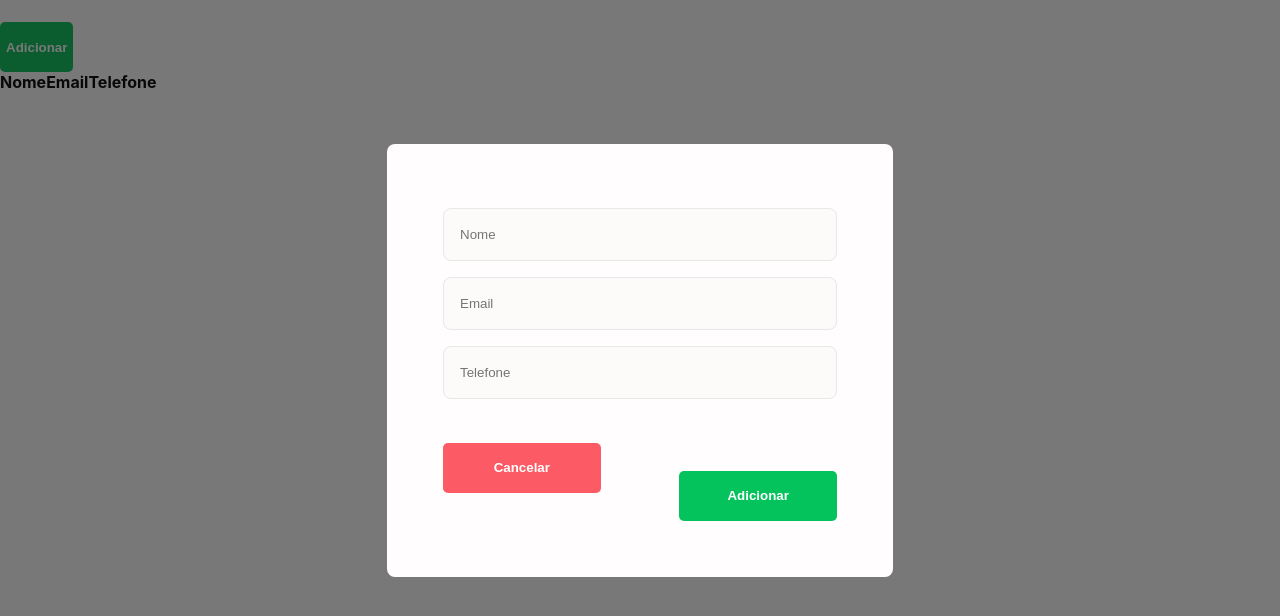
Repository: Henry-Loiola/agenda-contatos
Page: /, after clicking the first element matching `button.btn`
These files come from the project's save history. The page is drawn as it stood at one moment and after a run of saves; the edit follows.
The browser window is 1280 px wide. The pictures show the whole page.
The project was rebuilt for these pictures with package versions that can differ from the ones it lists, and the page was loaded fresh each time.

Above is the page before, as saved 2024-08-19 20:08:47.

After the next 6 saves:
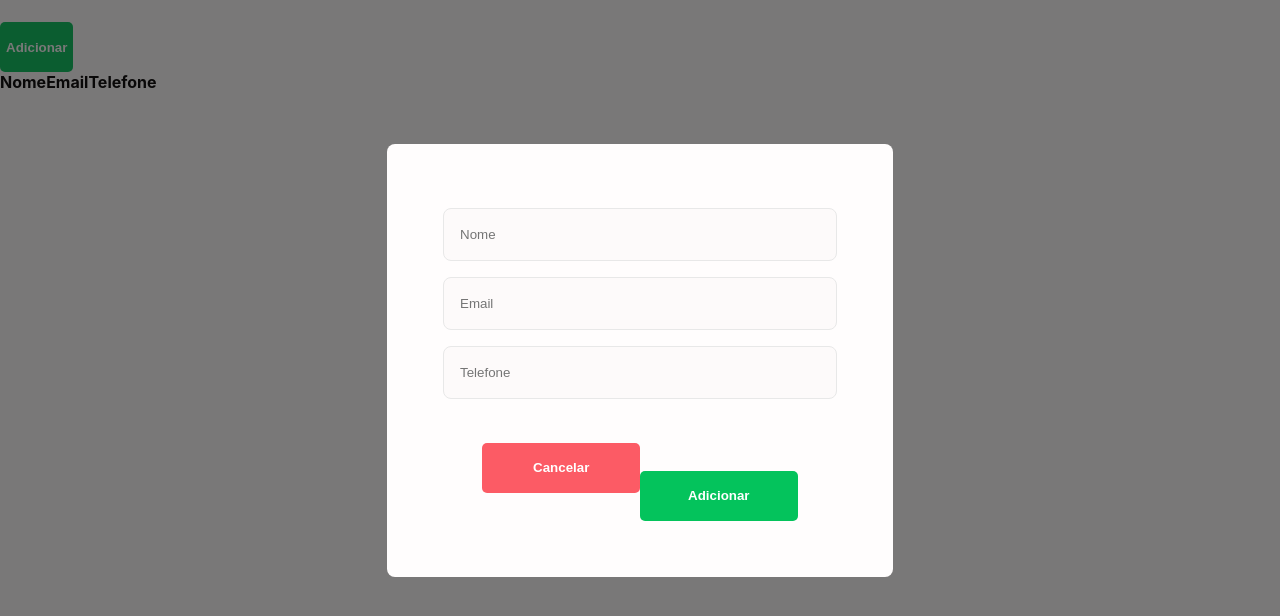
The 6 saves are shown as one change because they came seconds apart.
The last was saved 17 s later.
--- a/src/components/ModalAddEdit/styles.css
+++ b/src/components/ModalAddEdit/styles.css
@@ -24,7 +24,8 @@
   .buttons-confirm {
     display: flex;
     align-items: center;
-    justify-content: space-between;
+    justify-content: center;
+    gap:
 
   }
   .buttons-confirm button {
